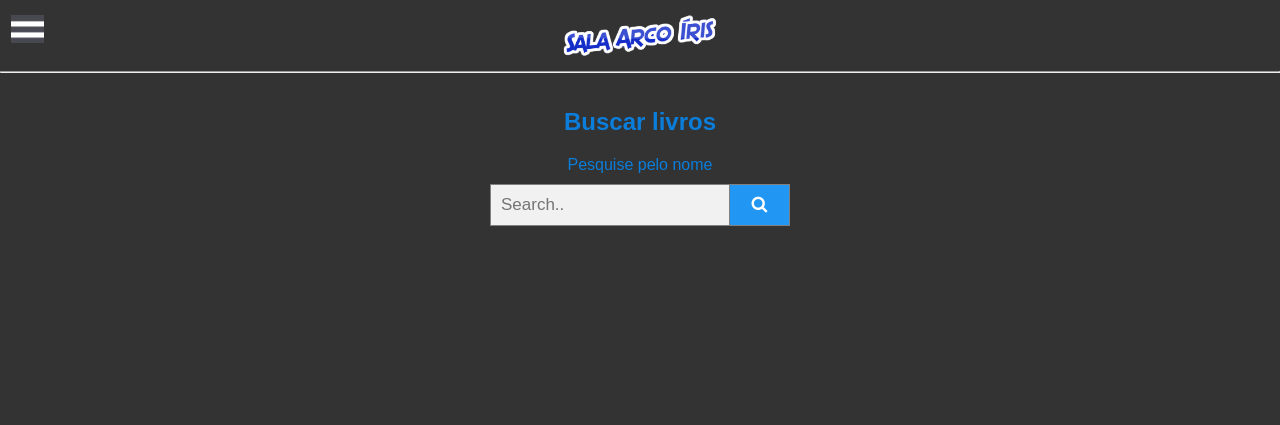
Repository: yuriandreisilva/projeto-individual-senai
Page: SalaArcoIris/WebContent/pages/listaLivros.html
The author's editor kept a copy of each file at every save. The page is drawn from the files as they stood at one save, then again after the next save.
The browser window is 1280 px wide. The pictures show the whole page.

Above is the page before, as saved 2020-12-12 12:54:58.

After the next save:
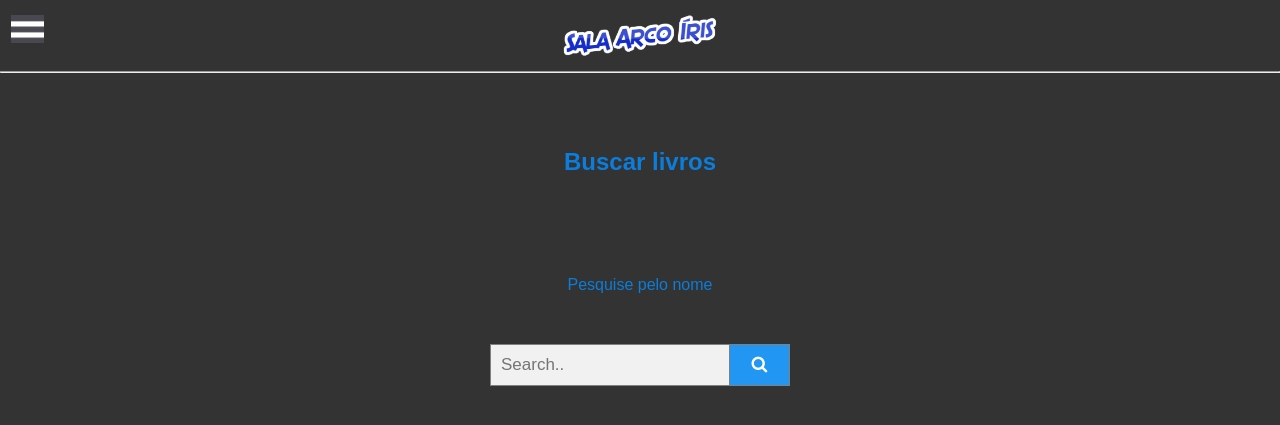
Saved 16 s later.
--- a/SalaArcoIris/WebContent/css/listaBusca.css
+++ b/SalaArcoIris/WebContent/css/listaBusca.css
@@ -40,5 +40,5 @@ form.example::after {
 h2, p {
 	color: #0b7dda;
 	text-align:center;
-	padding: 10px;
+	padding: 50px;
 }
